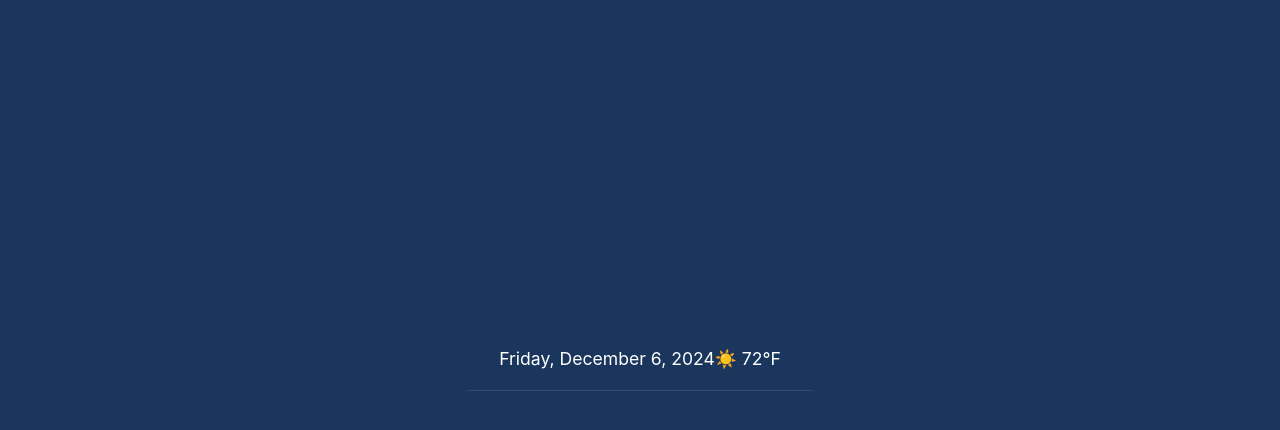
Repository: MarkHold/Cloudnote
Page: / (app in Starter-Page/src/renderer/)
These files come from the project's save history. The page is drawn as it stood at one moment and after the next save; the edit follows.
The browser window is 1280 px wide. The pictures show the whole page.
The project was rebuilt for these pictures with package versions that can differ from the ones it lists, and the page was loaded fresh each time.

Above is the page before, as saved 2025-02-07 21:28:16.

### Starter-Page/src/renderer/src/App.tsx
function App(): JSX.Element {
  const today = new Date().toLocaleDateString('en-US', {
    weekday: 'long',
    year: 'numeric',
    month: 'long',
    day: 'numeric'
  })

  return (
    <div
      style={{
        backgroundColor: '#1a365d', // dark blue background
        minHeight: '100vh', // full viewport height
        minWidth: '100vw', // full viewport width
        margin: 0,
        padding: 0,
        position: 'fixed', // ensures no scrolling and full coverage
        top: 0,
        left: 0,
        right: 0,
        bottom: 0,
        display: 'flex',
        justifyContent: 'center',
        alignItems: 'center'
      }}
    >
      <header
        style={{
          display: 'flex',
          justifyContent: 'space-between',
          alignItems: 'center',
          padding: '1rem 2rem',
          color: 'white',
          borderBottom: '1px solid rgba(255, 255, 255, 0.1)'
        }}
      >
        <div style={{ fontSize: '1.1rem' }}>{today}</div>
        <div style={{ fontSize: '1.1rem' }}>☀️ 72°F</div>
      </header>
    </div>
  )
}

export default App

Loaded but not shown: Starter-Page/src/renderer/index.html (common file); Starter-Page/src/renderer/src/main.tsx (common file); Starter-Page/src/renderer/src/assets/main.css (common file); Starter-Page/src/renderer/src/assets/base.css (common file)

After the next save:
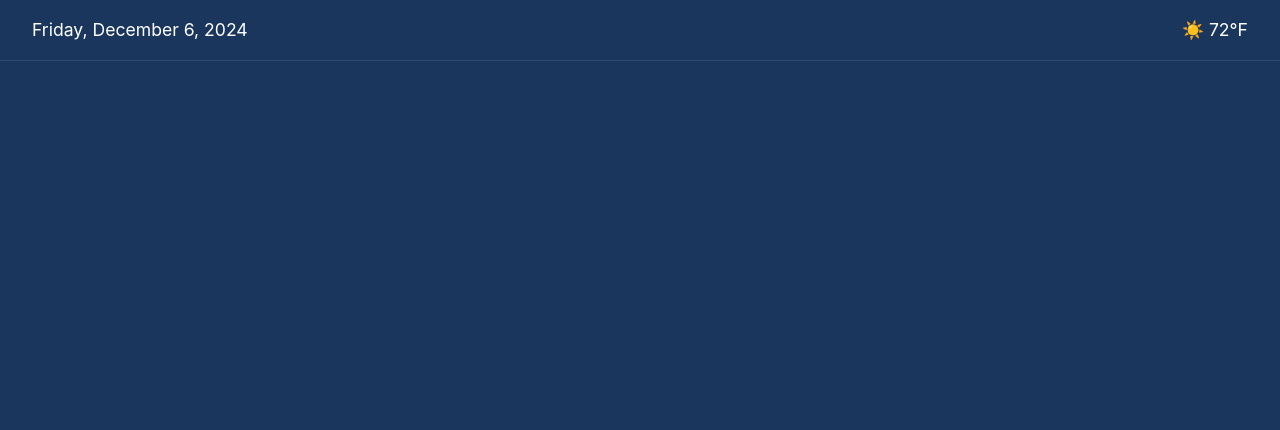
Saved 59 s later.
--- a/Starter-Page/src/renderer/src/App.tsx
+++ b/Starter-Page/src/renderer/src/App.tsx
@@ -20,8 +20,7 @@ function App(): JSX.Element {
         right: 0,
         bottom: 0,
         display: 'flex',
-        justifyContent: 'center',
-        alignItems: 'center'
+        flexDirection: 'column' // Make the container stack items vertically
       }}
     >
       <header
